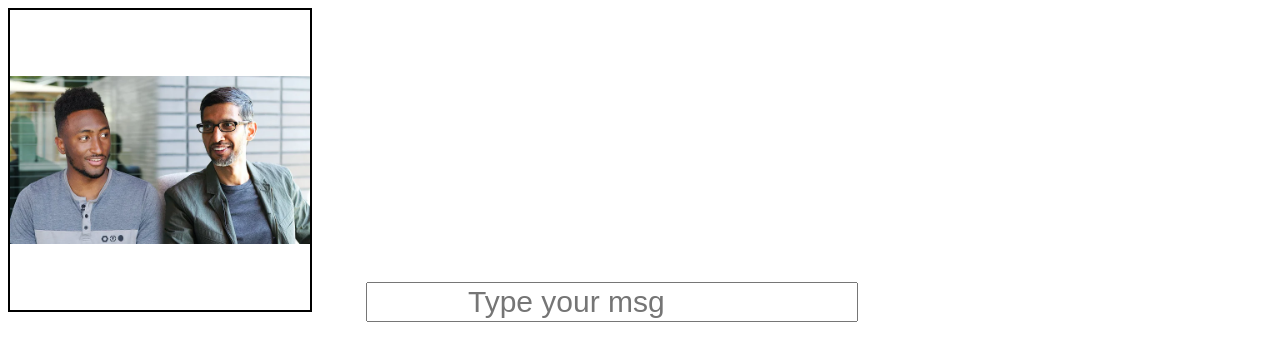
Repository: RagulRanjeeth/Frontend
Page: CloneYoutube/index.html
The author's editor kept a copy of each file at every save. The page is drawn from the files as they stood at one save, then again after a run of saves.
The browser window is 1280 px wide. The pictures show the whole page.

Above is the page before, as saved 2026-01-22 14:35:05.

### CloneYoutube/index.html
<!DOCTYPE html>
<html>
    <head><title>Youtube Clone</title>
    <link rel="stylesheet" href="Styles.css"></head>
    <body>
        <img class="Thumbnails" src="Thumbnails/thumbnail-1.webp">

        <input class="SearchDashbar" type="text" placeholder="Type your msg">

    </body>
</html>

### CloneYoutube/Styles.css
.Thumbnails{
    width: 300px;
    height:300px;
    object-fit: contain;
    object-position:center;
    border-width: 2px;
    border-style:solid;
}

.SearchDashbar{
    font-family: Arial;
    font-size: 30px;
    margin-left: 50px;
    padding-left: 100px;

}

After the next 2 saves:
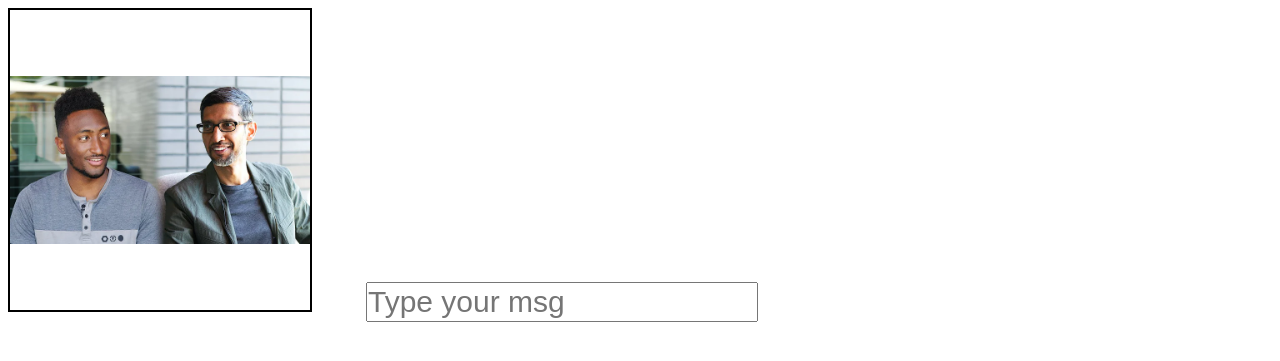
The 2 saves are shown as one change because they came seconds apart.
The last was saved 40 s later.
--- a/CloneYoutube/Styles.css
+++ b/CloneYoutube/Styles.css
@@ -11,6 +11,6 @@
     font-family: Arial;
     font-size: 30px;
     margin-left: 50px;
-    padding-left: 100px;
+    padding-left: 0px;
 
 }
